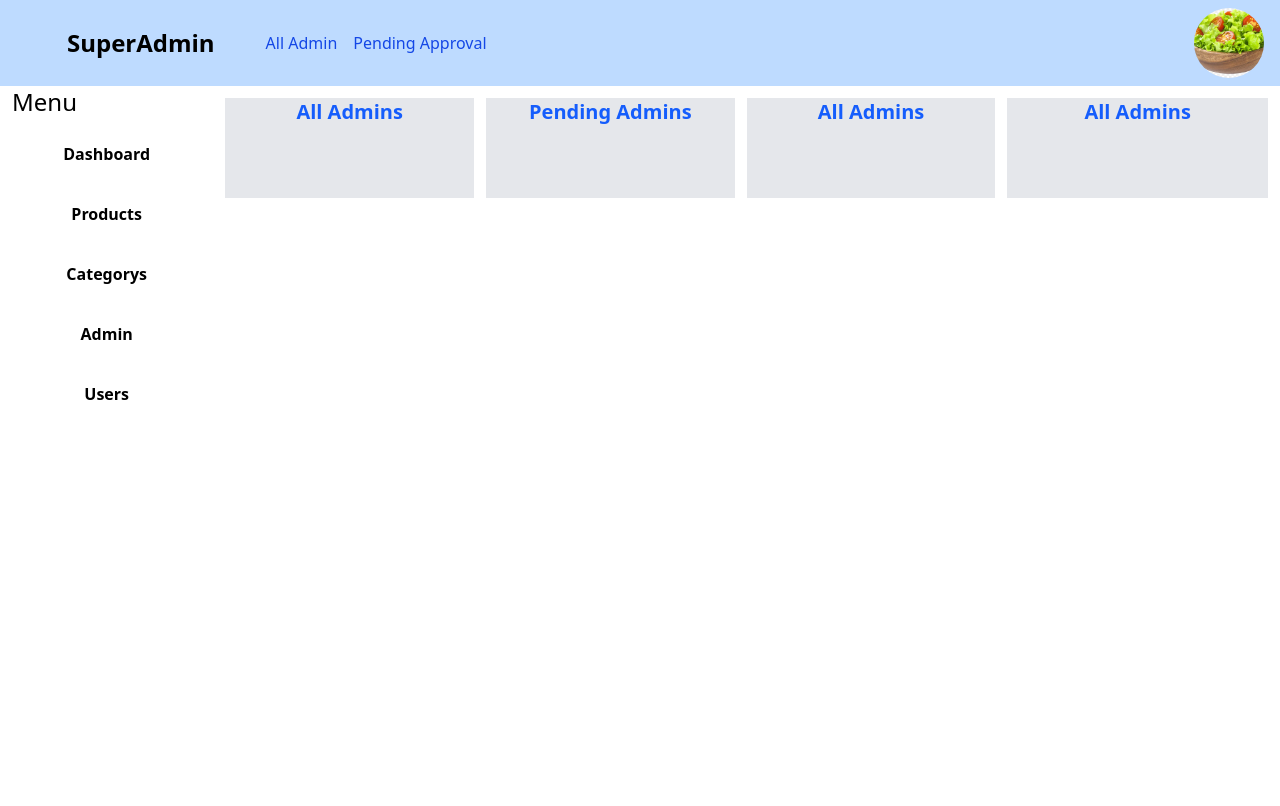
Repository: GAURAV-KUMAR22/restro-food-order-app
Page: /superAdmin (app in qr-app/)
These files come from the project's save history. The page is drawn as it stood at one moment and after the next save; the edit follows.
The browser window is 1280 px wide. The pictures show the whole page.
The page's requests for data from a server got no answer. The project was rebuilt for these pictures with package versions that can differ from the ones it lists, and the page was loaded fresh each time. No one was signed in, and anything a server would have sent is missing. Also part of the build but not shown: qr-app/vite.config.js, qr-app/src/Services/ProtectedRoutes.jsx, qr-app/src/components/CardItem.jsx, qr-app/src/components/CardDetails.jsx, qr-app/src/components/Client/CategoryCard.jsx, qr-app/src/Services/Socket.js, qr-app/src/components/Client/OrderStatusCard.jsx, qr-app/src/components/Client/SearchInput.jsx and 35 more.

Above is the page before, as saved 2025-06-10 18:23:30.

### qr-app/index.html
<!DOCTYPE html>
<html lang="en">
  <head>
    <meta charset="UTF-8" />
    <link rel="icon" type="image/svg+xml" href="/vite.svg" />
    <meta name="viewport" content="width=device-width, initial-scale=1.0" />
    <title>Vite + React</title>
    <style>
      @import url("https://fonts.googleapis.com/css2?family=Inter:ital,opsz,wght@0,14..32,100..900;1,14..32,100..900&display=swap");
    </style>
  </head>
  <body>
    <div id="root"></div>
    <script type="module" src="/src/main.jsx"></script>
  </body>
</html>

### qr-app/src/main.jsx
import React, { StrictMode } from "react";
import { createRoot } from "react-dom/client";
import "./index.css";
import App from "./App.jsx";
import { BrowserRouter } from "react-router-dom";
import { Provider } from "react-redux";
import store from "./Store/store.js";
import { AuthProvider } from "../Context/AuthProvider";

createRoot(document.getElementById("root")).render(
  // <StrictMode>
  <BrowserRouter>
    <Provider store={store}>
      <AuthProvider>
        <App />
      </AuthProvider>
    </Provider>
  </BrowserRouter>
  // </StrictMode>,
);

### qr-app/src/index.css
@import "tailwindcss";
.coverimg {
  background: url('/public/assets.image1.png');
}

### qr-app/src/App.jsx
import React, { useEffect } from "react";
import ScrollToTop from "./components/ScrollToTop";
import QrCode from "react-qr-code";
import { Suspense, lazy } from "react";
import { Route, Routes } from "react-router-dom";
import "./App.css";
import { ProtectedRoutes } from "./Services/ProtectedRoutes";
import { Home } from "./Pages/Clients/Home";
import { CartPage } from "./Pages/Clients/CartPage";
import { Category as FoodCategory } from "./Pages/Clients/Category";
import { PaymentsMethod } from "./Pages/Clients/PaymentsMethod";
import { DashBoardPage } from "./Pages/Admin/DashBoardPage";
import { NewProduct } from "./Pages/Admin/NewProduct";
import { NewCategory } from "./Pages/Admin/NewCategory";
import { Category } from "./Pages/Admin/Category";
import { OrderSuccess } from "./Pages/Clients/Order-Success";
import { Signup } from "./Pages/Auth/Signup";
import { Login } from "./Pages/Auth/Login";
import { UserInfo } from "./Pages/Clients/UserInfo";
import { PaymentPage } from "./Pages/Clients/PaymentPage";
import { OrderUpdate } from "./Pages/Admin/OrderUpdate";
import { TotalSale } from "./Pages/Admin/TotalSale";
import { GraphicalPage } from "./Pages/Admin/GraphicalPage";
import { ProductsDetails } from "./Pages/Clients/ProductsDetails";
import { CategoryView } from "./Pages/Admin/CategoryView";
import { TodayOrderStat } from "./Pages/Admin/TodayOrderStat";
import { io } from "socket.io-client";
import { useAuth } from "../Context/AuthProvider";

import { Toaster } from "react-hot-toast";
import { ShopDetails } from "./Pages/ShopDetails";
import { SuperAdminSignup } from "./Pages/Auth/SuperAdminSignup";
import { DashBoard } from "./Pages/SuperAdmin/DashBoard";
import { SuperAdminLogin } from "./Pages/Auth/SuperAdminLogin";
import { AllAdmin } from "./Pages/SuperAdmin/AllAdmin";
import { PendingAdmins } from "./Pages/SuperAdmin/PendingAdmins";

const backendUrl =
  import.meta.env.VITE_MODE === "Production"
    ? import.meta.env.VITE_BACKEND_PROD
    : import.meta.env.VITE_BACKEND_DEV;

const socket = io(backendUrl);
function App() {
  const { isAuthenticated } = useAuth();

  useEffect(() => {
    const handleConnect = () => {};

    const handleDisconnect = () => {};

    socket.on("connect", handleConnect);
    socket.on("disconnect", handleDisconnect);

    return () => {
      socket.off("connect", handleConnect);
      socket.off("disconnect", handleDisconnect);
    };
  }, []);

  return (
    <div className="box-border">
      <QrCode
        value="https://food-order-app-1-jddi.onrender.com/"
        className="hidden"
      />
      <ScrollToTop />

      <Suspense
        fallback={
          <div className="m duration-400 x-auto my-auto w-[98%] animate-pulse">
            <div>
              <div className="mb-4 h-[250px] rounded-lg bg-gray-400"></div>
            </div>
            <div className="mb-4 h-[30px] w-full rounded bg-gray-400"></div>
            <div className="mb-8 flex gap-4">
              {[...Array(5)].map((_, i) => (
                <div
                  key={i}
                  className="h-[180px] w-[170px] rounded-2xl bg-gray-400"
                ></div>
              ))}
            </div>
            <div className="mb-4 flex gap-4">
              {[...Array(5)].map((_, i) => (
                <div
                  key={i}
                  className="h-[180px] w-[170px] rounded-2xl bg-gray-400"
                ></div>
              ))}
            </div>
            <div className="mb-4 h-[35px] w-full rounded bg-gray-400"></div>
            <div className="mb-4 h-[35px] w-full rounded bg-gray-400"></div>
          </div>
        }
      >
        <Routes className="min-w-[375px] h-auto">
          {/* SuperAdmin */}

          <Route path="/signup/superadmin" element={<SuperAdminSignup />} />
          <Route path="/login/superadmin" element={<SuperAdminLogin />} />
          <Route path="/superAdmin" element={<DashBoard />} />
          <Route path="/superAdmin/admin-list" element={<AllAdmin />} />
          <Route path="/superAdmin/pending-admin" element={<PendingAdmins />} />

          {/* Client */}
          <Route index element={<ShopDetails />} />
          <Route path="/login" element={<Login />} />
          <Route path="/signup" element={<Signup />} />
          {/* Default for /shop/:shop */}
          <Route path="/shop/:shopId">
            <Route index element={<Home />} /> {/* Default for /shop/:shop */}
            <Route path="user-info" element={<UserInfo />} />
            <Route path="product/:id" element={<ProductsDetails />} />
            <Route path="cart" element={<CartPage />} />
            <Route path="cart-bill" element={<PaymentsMethod />} />
            <Route path=":category" element={<FoodCategory />} />
            <Route path="payment" element={<PaymentPage />} />
            <Route path="order-success" element={<OrderSuccess />} />
          </Route>
          {/* Admin Protected Routes */}
          <Route path="/" element={<ProtectedRoutes />} className="box-border">
            <Route index path="/admin" element={<DashBoardPage />} />
            <Route path="/admin/createProduct" element={<NewProduct />} />
            <Route path="/admin/Category" element={<Category />} />
            <Route path="/admin/newCategory" element={<NewCategory />} />
            <Route path="/admin/:category" element={<CategoryView />} />
            <Route path="/admin/pending-orders" element={<OrderUpdate />} />
            <Route path="/admin/totelsale" element={<TotalSale />} />
            <Route path="/admin/data-visualize" element={<GraphicalPage />} />
            <Route path="/admin/today-orders" element={<TodayOrderStat />} />
          </Route>
        </Routes>
      </Suspense>
      <Toaster />
    </div>
  );
}

export default App;

### qr-app/src/Store/store.js
import { configureStore } from "@reduxjs/toolkit";
import cartSlice from "../Redux/Cart/index.js";
const store = configureStore({
    reducer: {
        cart: cartSlice
    }
});
export default store;

### qr-app/Context/AuthProvider.jsx
import React, { createContext, useContext, useEffect, useState } from "react";
import PrivateAxios from "../src/Services/PrivateAxios.js";

const AuthContext = createContext();

export const AuthProvider = ({ children }) => {
  const [isAuthenticated, setAuthenticated] = useState(false);
  const [loading, setLoading] = useState(true);

  useEffect(() => {
    const checkAuth = async () => {
      try {
        const res = await PrivateAxios.get("/auth/check");
        setAuthenticated(res.data.authenticated);
      } catch {
        setAuthenticated(false);
      } finally {
        setLoading(false);
      }
    };

    checkAuth();
  }, []);

  if (loading) return <div>Loading...</div>;

  return (
    <AuthContext.Provider value={{ isAuthenticated, setAuthenticated }}>
      {children}
    </AuthContext.Provider>
  );
};

export const useAuth = () => useContext(AuthContext);

### qr-app/src/components/ScrollToTop.jsx
// ScrollToTop.jsx
import { useEffect } from "react";
import { useLocation } from "react-router-dom";

const ScrollToTop = () => {
    const { pathname } = useLocation();

    useEffect(() => {
        // Scrolls to top whenever pathname changes
        window.scrollTo(0, 0);
    }, [pathname]);

    return null;
};

export default ScrollToTop;

### qr-app/src/Pages/SuperAdmin/DashBoard.jsx
import React from "react";
import { useState } from "react";
import { useEffect } from "react";
import { AdminCard } from "../../components/SuperAdmin/AdminCard";
import publicAxios from "../../Services/PublicAxios";
import { set } from "mongoose";
import PrivateAxios from "../../Services/PrivateAxios";
import { Sidebar } from "../../components/SuperAdmin/Sidebar";
import { Home, LayoutDashboard } from "lucide-react";
import { Link } from "react-router-dom";
import icons from "../../../public/assets/saled.webp";

export const DashBoard = () => {
  const [pendingAdmins, setpendingAdmins] = useState([]);
  const sideBar = [
    { name: "Dashboard", icon: <LayoutDashboard size={15} /> },
    { name: "Products" },
    { name: "Categorys" },
    { name: "Admin" },
    { name: "Users" },
  ];
  useEffect(() => {
    const fetched = async () => {
      const responce = await PrivateAxios.get("/auth/pending-admin");
      if (responce) {
        setpendingAdmins(responce.data.content);
      }
    };
    fetched();
  }, []);

  return (
    <div>
      <div className="bg-blue-200 flex items-center justify-between px-4 py-2">
        {/* Title Section */}
        <h1 className="text-2xl font-semibold w-1/5 flex justify-center items-center">
          SuperAdmin
        </h1>

        {/* Navigation & Avatar Section */}
        <div className="flex items-center space-x-6 w-4/5 justify-between">
          {/* Navigation Links */}
          <div className="flex space-x-4 items-baseline-last">
            <Link className="text-blue-700 hover:underline">All Admin</Link>
            <Link className="text-blue-700 hover:underline">
              Pending Approval
            </Link>
          </div>

          {/* Avatar */}
          <div>
            <img
              src={icons}
              alt="avatar"
              className="rounded-full w-[70px] h-[70px] object-cover"
            />
          </div>
        </div>
      </div>

      <div className="flex flex-row">
        <div className=" w-1/5 h-[100vh]">
          <h1 className="flex justify-start text-2xl px-3">Menu</h1>
          {sideBar.map((item, index) => (
            <Sidebar item={item} />
          ))}
        </div>
        <div className=" w-full">
          <div className="grid grid-cols-4 space-x-3 mt-3 px-3 ">
            <div className="bg-gray-200 h-25">
              <Link to={`/superAdmin/admin-list`}>
                <h1 className="text-blue-600 text-center text-xl font-semibold">
                  All Admins
                </h1>
              </Link>
            </div>
            <div className="bg-gray-200 h-25">
              <Link to={`/superAdmin/pending-admin`}>
                <h1 className="text-blue-600 text-center text-xl font-semibold">
                  Pending Admins
                </h1>
              </Link>
            </div>
            <div className="bg-gray-200 h-25">
              <Link>
                <h1 className="text-blue-600 text-center text-xl font-semibold">
                  All Admins
                </h1>
              </Link>
            </div>
            <div className="bg-gray-200 h-25">
              <Link>
                <h1 className="text-blue-600 text-center text-xl font-semibold">
                  All Admins
                </h1>
              </Link>
            </div>
          </div>
        </div>
      </div>
    </div>
  );
};

//  <div>
//         {pendingAdmins.map((item, index) => (
//           <AdminCard item={item} />
//         ))}
//       </div>

### qr-app/src/Redux/Cart/index.js
import { createSlice } from "@reduxjs/toolkit";

// Helper to load cart from localStorage
const getInitialCart = () => {
  const storedCart = localStorage.getItem("cart");
  return storedCart ? JSON.parse(storedCart) : [];
};

export const cartSlice = createSlice({
  name: "cart",
  initialState: {
    cartItems: getInitialCart(), // Load initial cart state from localStorage
  },
  reducers: {
    addToCart: (state, action) => {
      const product = action.payload;
      const existingItem = state.cartItems.find(
        (item) => item._id === product._id
      );

      if (existingItem) {
        existingItem.quantity += 1;
      } else {
        state.cartItems.push({ ...product, quantity: 1 });
      }

      // Sync with localStorage
      localStorage.setItem("cart", JSON.stringify([...state.cartItems]));
    },

    incrementCart: (state, action) => {
      const item = state.cartItems.find((item) => item._id === action.payload);
      if (item) {
        item.quantity += 1;
        localStorage.setItem("cart", JSON.stringify([...state.cartItems]));
      }
    },

    removeFromCart: (state, action) => {
      const productId = action.payload;
      const existingItem = state.cartItems.find(
        (item) => item._id === productId
      );

      if (existingItem) {
        if (existingItem.quantity > 1) {
          existingItem.quantity -= 1;
        } else {
          state.cartItems = state.cartItems.filter(
            (item) => item._id !== productId
          );
        }
        localStorage.setItem("cart", JSON.stringify([...state.cartItems]));
      }
    },

    updateQuantity: (state, action) => {
      const { id, quantity } = action.payload;
      const itemIndex = state.cartItems.findIndex((item) => item._id === id);

      if (itemIndex !== -1) {
        if (quantity === 0) {
          state.cartItems.splice(itemIndex, 1); // Remove item
        } else {
          state.cartItems[itemIndex].quantity = quantity; // Update quantity
        }
      }

      localStorage.setItem("cart", JSON.stringify([...state.cartItems]));
    },

    clearCart: (state) => {
      state.cartItems = [];
      localStorage.removeItem("cart");
    },

    loadCartFromLocalStorage: (state) => {
      const storedCart = localStorage.getItem("cart");
      if (storedCart) {
        state.cartItems = JSON.parse(storedCart);
      }
    },

    syncCartFromLocalStorage: (state) => {
      const cart = localStorage.getItem("cart");
      state.cartItems = cart ? JSON.parse(cart) : [];
    },
  },
});

export const {
  addToCart,
  removeFromCart,
  incrementCart,
  loadCartFromLocalStorage,
  clearCart,
  syncCartFromLocalStorage,
  updateQuantity,
} = cartSlice.actions;

export default cartSlice.reducer;

### qr-app/src/Services/PrivateAxios.js
import axios from "axios";

const PrivateAxios = axios.create({
  baseURL: `${
    import.meta.env.VITE_MODE === "Production"
      ? import.meta.env.VITE_BACKEND_PROD
      : import.meta.env.VITE_BACKEND_DEV
  }/api/v1`,
  headers: {
    "Content-Type": "application/json",
  },
  withCredentials: true, // ✅ Required for sending cookies with requests
});

PrivateAxios.interceptors.request.use(
  (response) => response,
  (error) => {
    if (error.response?.status === 401) {
      console.warn("Unauthorized. Possibly invalid or expired session.");
      // Optional: redirect to login or clear local app state
      // window.location.href = "/login";
    }
    return Promise.reject(error);
  }
);

export default PrivateAxios;

### qr-app/src/Pages/Clients/Home.css
* {
  box-sizing: border-box;
}

.hide-scrollbar::-webkit-scrollbar {
  display: none;
}
.hide-scrollbar {
  -ms-overflow-style: none; /* IE and Edge */
  scrollbar-width: none; /* Firefox */
}

.search-container {
  margin: 16px;
  position: static;
  width: 343;
  height: 78;
  top: 224px;
  left: 16px;
  gap: 12px;
}

.search-container p {
  text-align: center;
}

.search-input {
  width: 343px;
  height: 40px;
  gap: 4px;
  border-radius: 8px;
  padding-top: 10px;
  padding-right: 16px;
  padding-bottom: 10px;
  padding-left: 16px;
  border-width: 1px;
  text-align: center;
  border: 1px solid #cdd6de;
}

.food-items {
  display: flex;
  margin: 10px 0 10px 10px;
  overflow-x: scroll;
  gap: 10px;
}

.item-card {
  width: 62px;
  height: 82px;
  gap: 2px;
  text-align: center;
}

.item-card p {
  width: 62;
  height: 18;
  font-family: Inter;
  font-weight: 500;
  font-size: 11px;
  line-height: 17.6px;
  letter-spacing: -0.4%;
  text-align: center;
  padding-left: 2px;
}

.best-seller-item {
  margin: 10px;
}

.detail-card {
  min-width: 140px;
  max-height: 140px;
  gap: 4px;
  border-radius: 16px;
  padding: 8px;
  margin-bottom: 10px;
  background: #ffffff;
  overflow-x: scroll;
  margin: 5px;
}

.detail-card img {
  /* width: 90; */
  height: 65;
  justify-content: center;
  align-items: center;
  display: flex;
  text-align: center;
}

.detail-card-head {
  display: flex;
  gap: 80px;
  margin-top: 10px;
  justify-content: space-between;
}

.cardList {
  display: flex;
  gap: 4px;
}

.detail-card h3 p {
  width: 108px;
  height: 23px;
  font-family: Inter;
  font-weight: 500;
  font-size: 14px;
  line-height: 22.4px;
  letter-spacing: -1%;
  background: #000000;
}

.burger-item-list {
  width: 344px;
  height: 169px;
  justify-content: space-between;
  display: flex;
  flex-wrap: wrap;
}

.detail-card button {
  width: 132px;
  height: 32px;
  gap: 10px;
  border-radius: 8px;
  padding-top: 4px;
  padding-right: 8px;
  padding-left: 8px;
  border-width: 1px;
  background: #f9d718;
  border: 1px solid #f9d718;
}

.detail-card-specil {
  width: 159px;
  height: 169px;
  padding-inline: 10px;
  border-radius: 16px;
  background: #ffffff;
  box-shadow: 0px 10px 20px 0px #adb3561a;
}

/* Burger Page */

.item-cards {
  display: flex;
  width: 375;
  height: 58;
  top: 44px;
  gap: 10px;
  padding-right: 21px;
  padding-bottom: 16px;
  padding-left: 21px;
}

.item-card a {
  display: flex;
  gap: 2px;
}

.burger-item-list {
  display: grid;
  align-content: flex-start;
  flex-wrap: wrap;
  top: 110px;
  left: 16px;
}

/* Orders page */

.order-container {
  background: #ffffff;
}

.orderDetils {
  width: 100%;
  min-width: 344;
  height: 12;
  justify-content: space-between;
  border-radius: 16px;
  padding: 8px;
}

.order-detils-card {
  display: flex;
  width: 344;
  height: 120;
  justify-content: space-between;
  border-radius: 16px;
  margin: 5px;
  background: #ffffff;
  box-shadow: 5px 5px rgba(235, 235, 240, 0.8);
}

.left {
  margin: 10px;
  width: 150;
  height: 94;
  gap: 16px;
}

.left h4 {
  width: 120px;
  height: 26px;
  font-family: Inter;
  font-weight: 550;
  font-size: 20px;
  line-height: 25.6px;
  letter-spacing: -1%;
}

.right {
  width: 102px;
  height: 130px;
  gap: 8px;
  margin: 6px;
}

.right img {
  width: 85;
  height: 64;
  object-fit: fill;
}

/* .order-quantityBtn {
    width: 100px;
    height: 32;
    justify-content: space-between;
    border-radius: 8px;
    padding: 5px;
    border-width: 1px;
    display: flex;
    margin-inline: 10px;
    background-color: #F9D718;
    margin-inline: 10px;
    gap: 10px;

} */

/*
.order-quantityBtn p {
    display: flex;
    align-items: center;
    justify-content: center;
} */

/* .order-quantityBtn img {
    justify-content: center;
    align-items: center;
    width: 50px;
} */

.order-calc div {
  justify-content: space-between;
  margin: 16px;
  display: flex;
  width: 343;
  height: 128;
  top: 558px;
  left: 16px;
  gap: 16px;
}

.order-btn {
  /* position: unset;
    margin-left: 14px;
    display: flex;
    width: 99%;
    margin-right: 30px;
    height: 40px;
    top: 731px;
    left: 16px;
    gap: 10px; */
  margin: 0 auto;
  width: 90%;
  border-radius: 8px;
  border-width: 1px;
  padding-top: 4px;
  padding-right: 8px;
  padding-bottom: 4px;
  padding-left: 8px;
  background: #f9d718;
  border: 1px solid #ae9507;
  box-shadow: 0px 10px 20px 0px #0000001a;
}

.payment-method {
  width: 343;
  height: 560;
  top: 68px;
  left: 16px;
  gap: 8px;
}

.payment-method p {
  width: 149;
  height: 23;
  font-family: Inter;
  font-weight: 400;
  font-size: 14px;
  line-height: 22.4px;
  letter-spacing: 0%;
  text-align: center;
}

.amount {
  justify-content: center;
  align-items: center;
  text-align: center;
}

/* Table styling */
.styled-table {
  width: 100%;
  font-family: Arial, sans-serif;
  border: none;
  max-height: 250px;
  justify-content: first baseline;
  align-content: first baseline;
}

.styled-table thead tr {
  text-align: left;
  padding: 10px;
  border-bottom: 1px solid black;
}

.styled-table td {
  padding: 10px;
  text-align: start;
}

.styled-table tbody tr:nth-child(even) {
  background-color: #f2f2f2;
}

.styled-table tbody tr:hover {
  background-color: #ddd;
}

.styled-table td:first-child {
  text-align: left;
  font-weight: bold;
}

.icCard {
  margin: 0 auto;
  align-items: center;
  justify-content: center;
  display: flex;
}

.star-icon:hover {
  color: inherit !important;
  transform: none !important;
}

### qr-app/src/Services/PublicAxios.js
import axios from "axios";
const publicAxios = axios.create({
  baseURL: `${
    import.meta.env.VITE_MODE === "Production"
      ? import.meta.env.VITE_BACKEND_PROD
      : import.meta.env.VITE_BACKEND_DEV
  }/api/v1`,
  headers: {
    "Content-Type": "application/json",
  },
});

export default publicAxios;

### qr-app/src/components/SuperAdmin/Sidebar.jsx
import React from "react";
import { Link } from "react-router-dom";

export const Sidebar = ({ item }) => {
  return (
    <div className="mt-3 px-3  rounded-lg p-3 flex justify-center items-start text-black">
      <Link>
        <h2 className="font-semibold">{item.name}</h2>
      </Link>
    </div>
  );
};

Loaded but not shown: qr-app/src/App.css (common file)

After the next save:
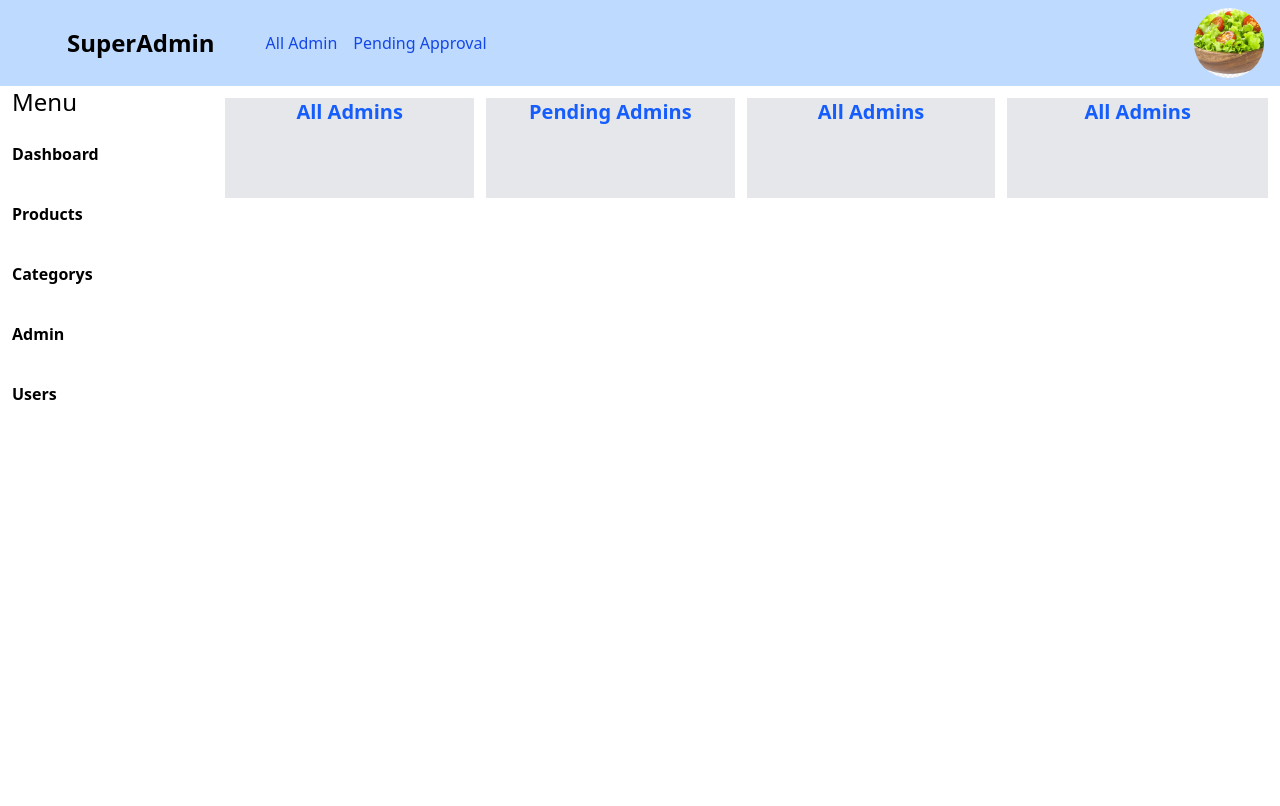
Saved 17 s later.
--- a/qr-app/src/components/SuperAdmin/Sidebar.jsx
+++ b/qr-app/src/components/SuperAdmin/Sidebar.jsx
@@ -3,7 +3,7 @@ import { Link } from "react-router-dom";
 
 export const Sidebar = ({ item }) => {
   return (
-    <div className="mt-3 px-3  rounded-lg p-3 flex justify-center items-start text-black">
+    <div className="mt-3 px-3  rounded-lg p-3 flex items-start text-black">
       <Link>
         <h2 className="font-semibold">{item.name}</h2>
       </Link>
